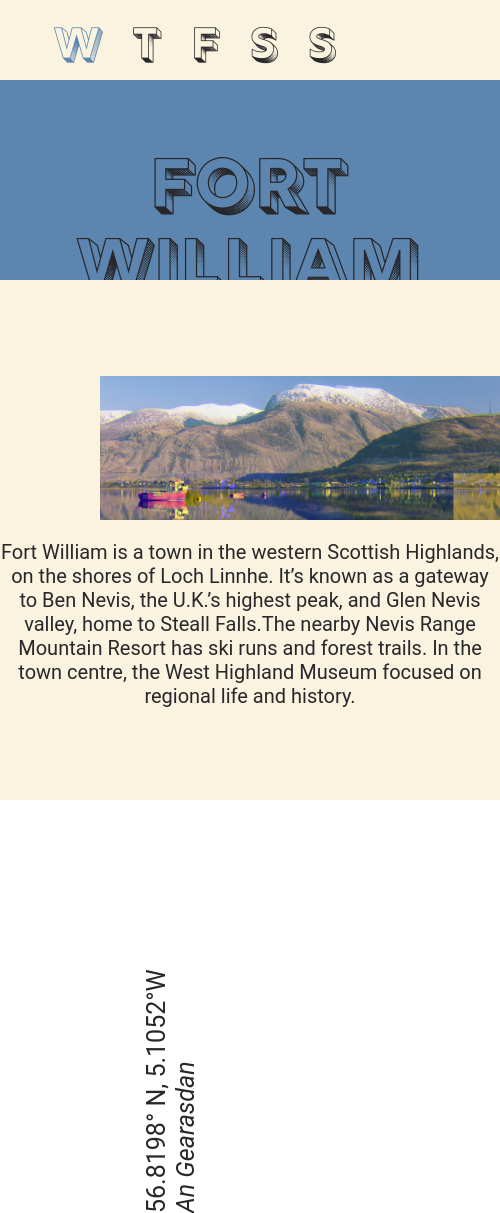
Repository: etak-yram/FINAL-CFG-WEB-DEV
Page: wednesday.html
An editor plug-in stored every save of this project. The page is shown before and after the next save, followed by the edit.
The browser window is 375 px wide. The page is 500 px wide, so the pictures cover 500 px, including what lies to the right of the window. The pictures show the whole page.

Above is the page before, as saved 2022-07-27 13:41:17.

After the next save:
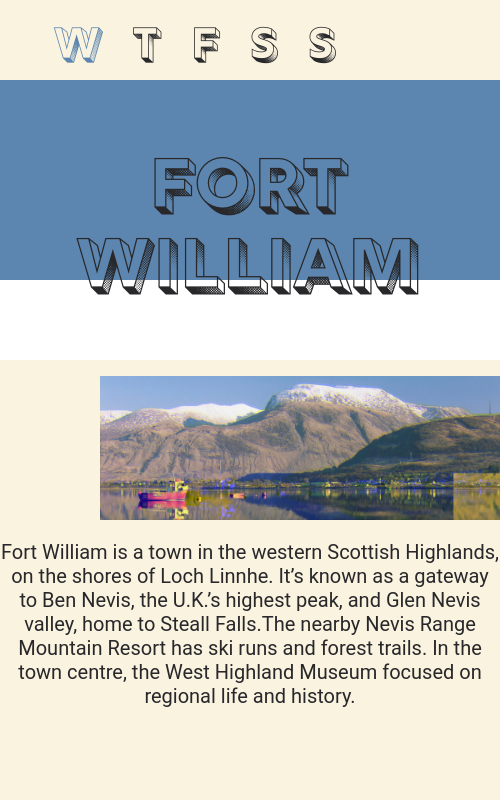
Saved 23 s later.
--- a/style-main.css
+++ b/style-main.css
@@ -243,12 +243,13 @@ aside {
 
 /* subtext */
 
-/* subtext {
-  grid-area: subtext;
-  background-color:#faf3e0;
-}
-
-.sub-text {
+subtext {
+  display: none;
+  /* grid-area: subtext;
+  background-color:#faf3e0; */
+}
+
+/* .sub-text {
   font-family: 'Roboto', sans-serif;
   color:#28282B;
   font-size: 12px;
